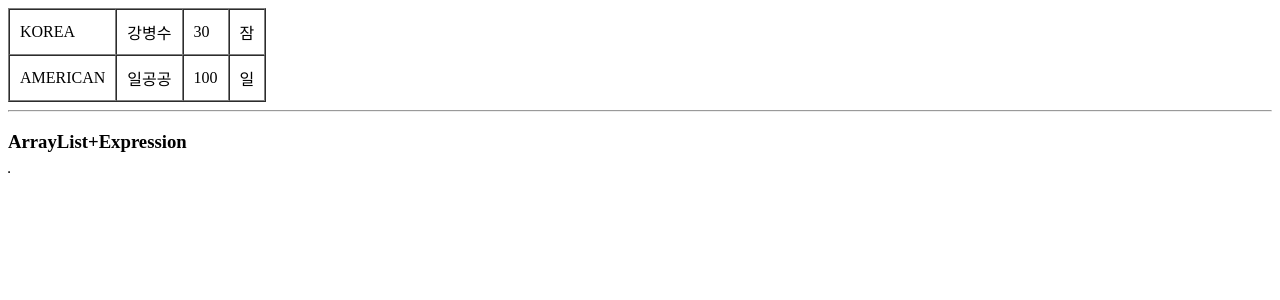
Repository: Rua1006/JSP
Page: http://localhost/practice02/04.ExpressionOREL.jsp
These files come from the project's save history. The page is drawn as it stood at one moment and after the next save; the edit follows.
The browser window is 1280 px wide. The pictures show the whole page.
The page is served by Tomcat 9.

Above is the page before, as saved 2022-11-10 03:20:17.

After the next save:
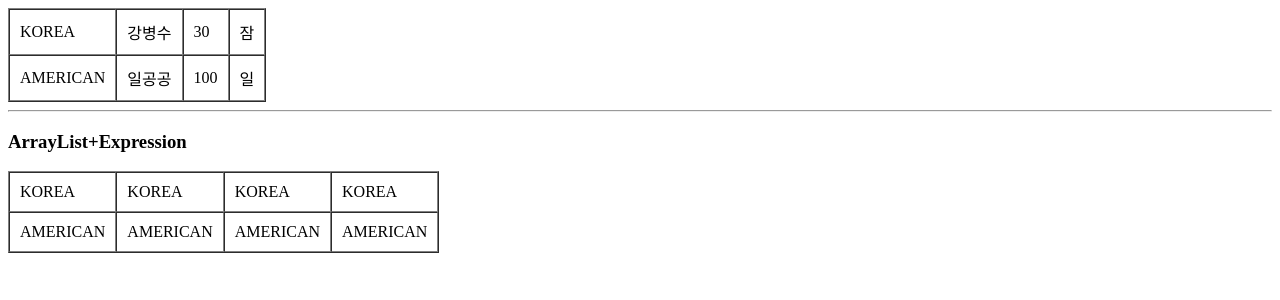
Saved 22 s later.
--- a/practice02/WebContent/04.ExpressionOREL.jsp
+++ b/practice02/WebContent/04.ExpressionOREL.jsp
@@ -64,6 +64,10 @@
 		Human human = hList.get(i);
 %>
 	<tr>
+		<td><%=human.getCountry() %></td>
+		<td><%=human.getCountry() %></td>
+		<td><%=human.getCountry() %></td>
+		<td><%=human.getCountry() %></td>
 	</tr>
 <%
 	}
